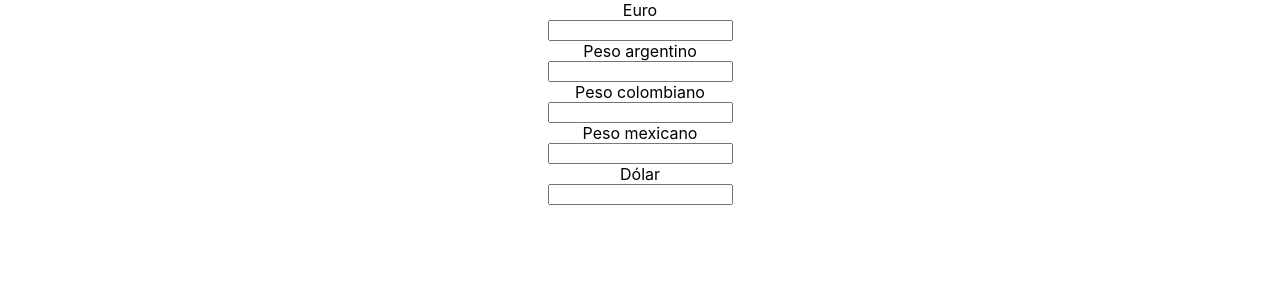
Repository: abgdev1997/ejercicios-react
Page: /
An editor plug-in stored every save of this project. The page is shown before and after the next save, followed by the edit.
The browser window is 1280 px wide. The pictures show the whole page.
The project was rebuilt for these pictures with package versions that can differ from the ones it lists, and the page was loaded fresh each time.

Above is the page before, as saved 2022-02-22 13:57:50.

### public/index.html
<!DOCTYPE html>
<html lang="en">
  <head>
    <meta charset="utf-8" />
    <link rel="icon" href="%PUBLIC_URL%/favicon.ico" />
    <meta name="viewport" content="width=device-width, initial-scale=1" />
    <meta name="theme-color" content="#000000" />
    <meta
      name="description"
      content="Web site created using create-react-app"
    />
    <link rel="apple-touch-icon" href="%PUBLIC_URL%/logo192.png" />
    <link rel="manifest" href="%PUBLIC_URL%/manifest.json" />
    <title>JAB Converter</title>
  </head>
  <body>
    <noscript>You need to enable JavaScript to run this app.</noscript>
    <div id="root"></div>
  </body>
</html>

### src/index.js
import React from 'react';
import ReactDOM from 'react-dom';
import './index.css';
import AppConversor from './AppConversor';

ReactDOM.render(
  <React.StrictMode>
    <AppConversor />
  </React.StrictMode>,
  document.getElementById('root')
);

### src/AppConversor.js
import { useState } from "react";
import "./AppConversor.css";

function AppConversor() {
  const [monedas, setMonedas] = useState({
      euro: 1,
      pesoArgentino: 237.2,
      pesoColombiano: 9087,
      pesoMexicano: 46.4,
      dolar: 3.6
  });



  return <div className="AppConversor">
      <label>Euro</label>
      <input></input>
      <label>Peso argentino</label>
      <input></input>
      <label>Peso colombiano</label>
      <input></input>
      <label>Peso mexicano</label>
      <input></input>
      <label>Dólar</label>
      <input></input>
  </div>;
}
export default AppConversor;

### src/AppConversor.css
.AppConversor{
    display: flex;
    flex-direction: column;
    align-items: center;
}

Loaded but not shown: src/index.css (common file)

After the next save:
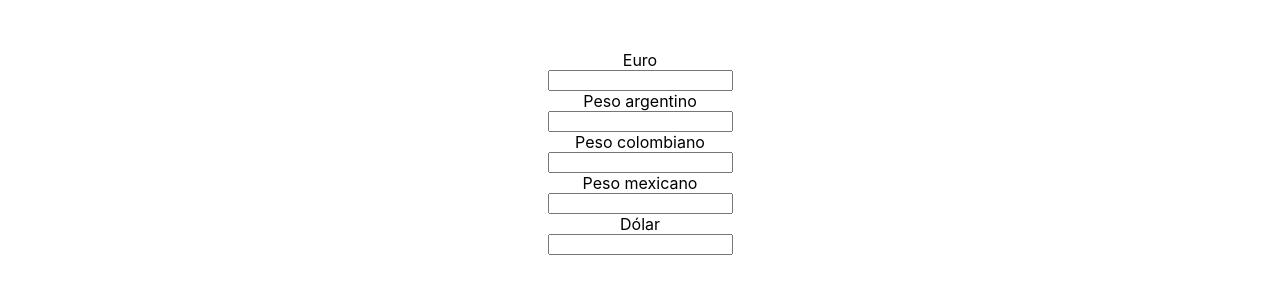
Saved 25 s later.
--- a/src/AppConversor.css
+++ b/src/AppConversor.css
@@ -2,4 +2,5 @@
     display: flex;
     flex-direction: column;
     align-items: center;
+    margin-top:50px;
 }
